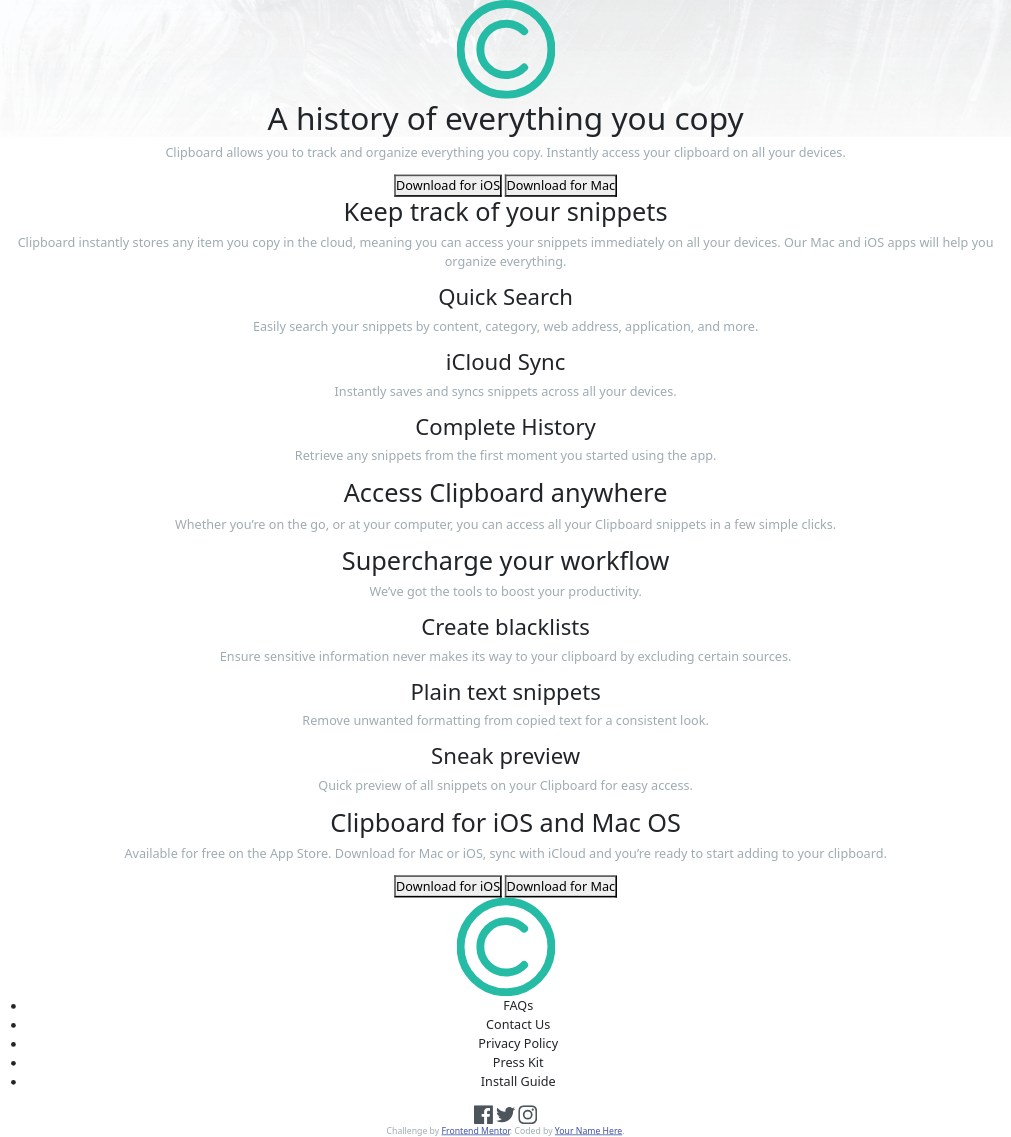
Repository: blordeus/clipboard-landing-page-master
Page: index.html
The author's editor kept a copy of each file at every save. The page is drawn from the files as they stood at one save, then again after the next save.
The browser window is 1280 px wide. The pictures show the whole page, at 79% of full size.
Some web fonts or font styles are not loaded; a fallback is used. The style sheet was rebuilt from its Sass, Less or Tailwind sources for each picture, by a compiler version that may differ from the author's.

Above is the page before, as saved 2023-09-04 11:18:46.

After the next save:
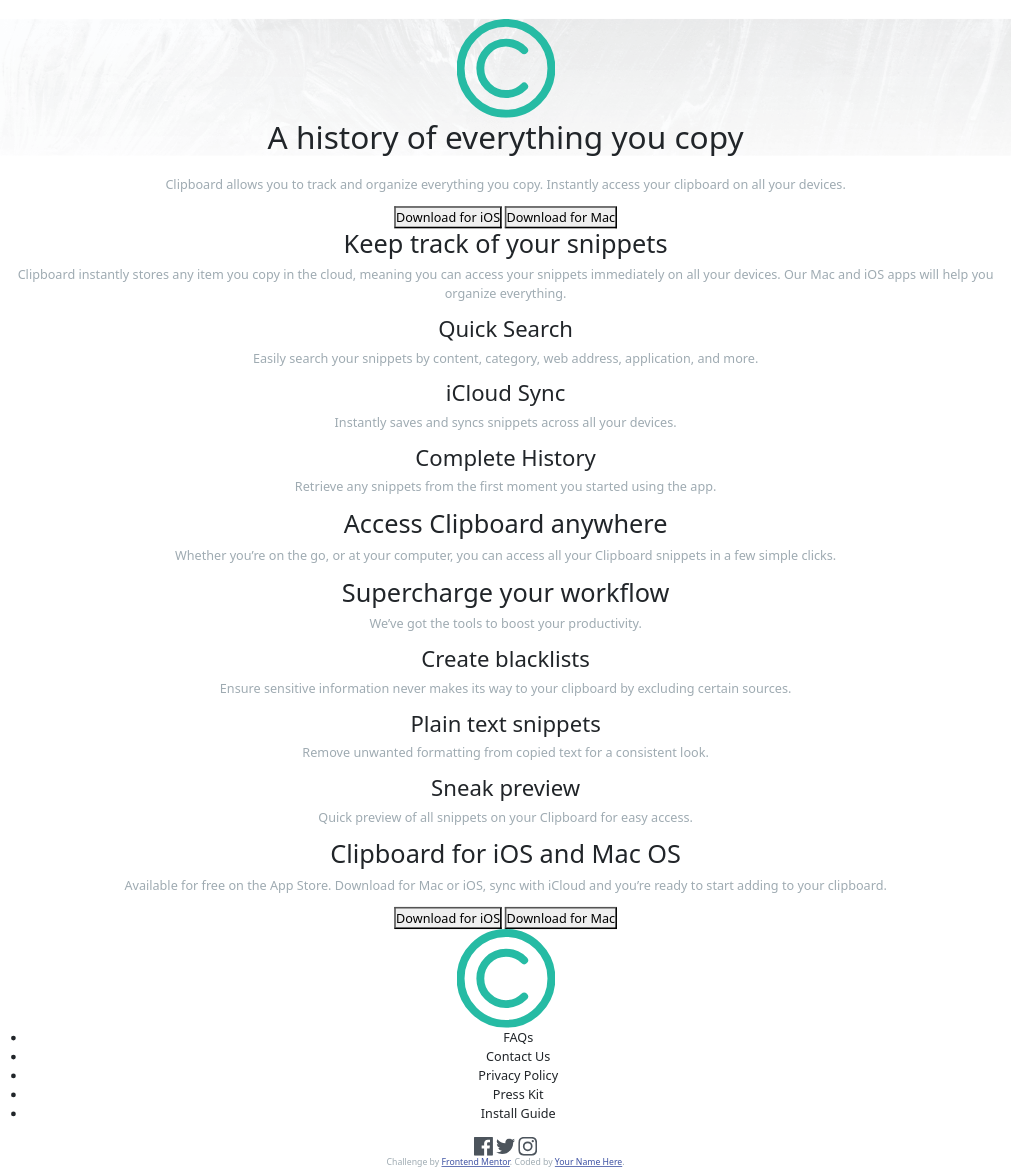
Saved 16 s later.
--- a/index.html
+++ b/index.html
@@ -12,7 +12,7 @@
 </head>
 <body>
 <main class="text-center">
-    <header class="background">
+    <header class="background my-4">
       <img src="./images/logo.svg" alt="">
       <h1>A history of everything you copy</h1>
     </header>
